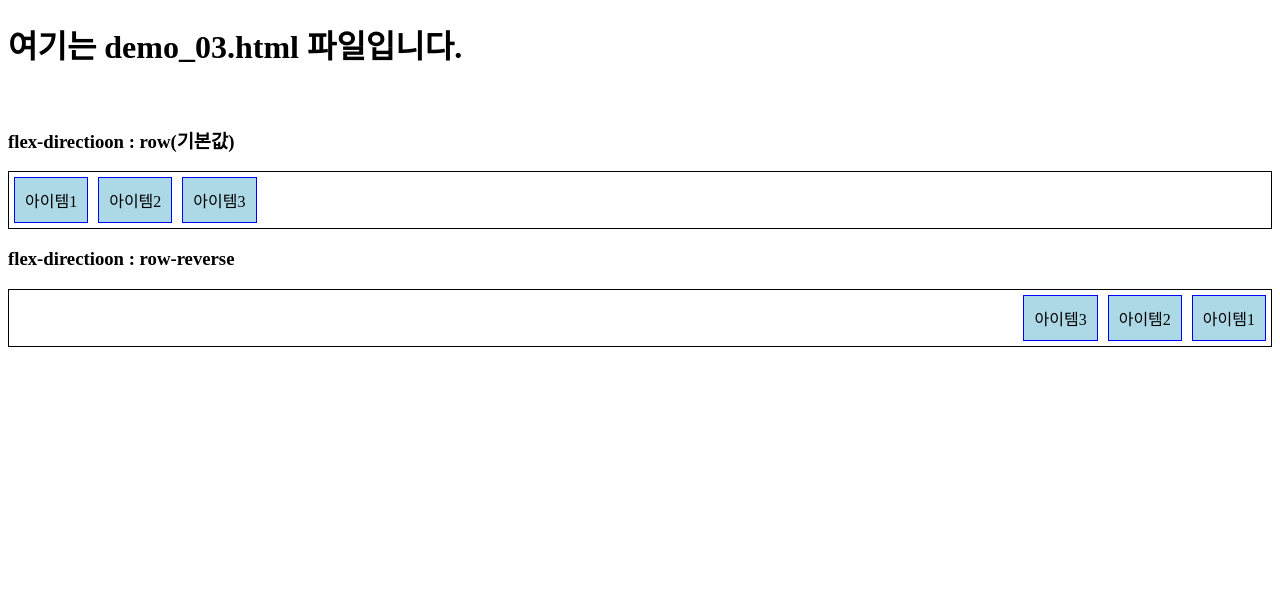
Repository: kimmingyeong225/totalJSP
Page: class_flexbox_011/src/main/webapp/demo_03.html
An editor plug-in stored every save of this project. The page is shown before and after the next save, followed by the edit.
The browser window is 1280 px wide. The pictures show the whole page.

Above is the page before, as saved 2024-07-01 01:04:20.

After the next save:
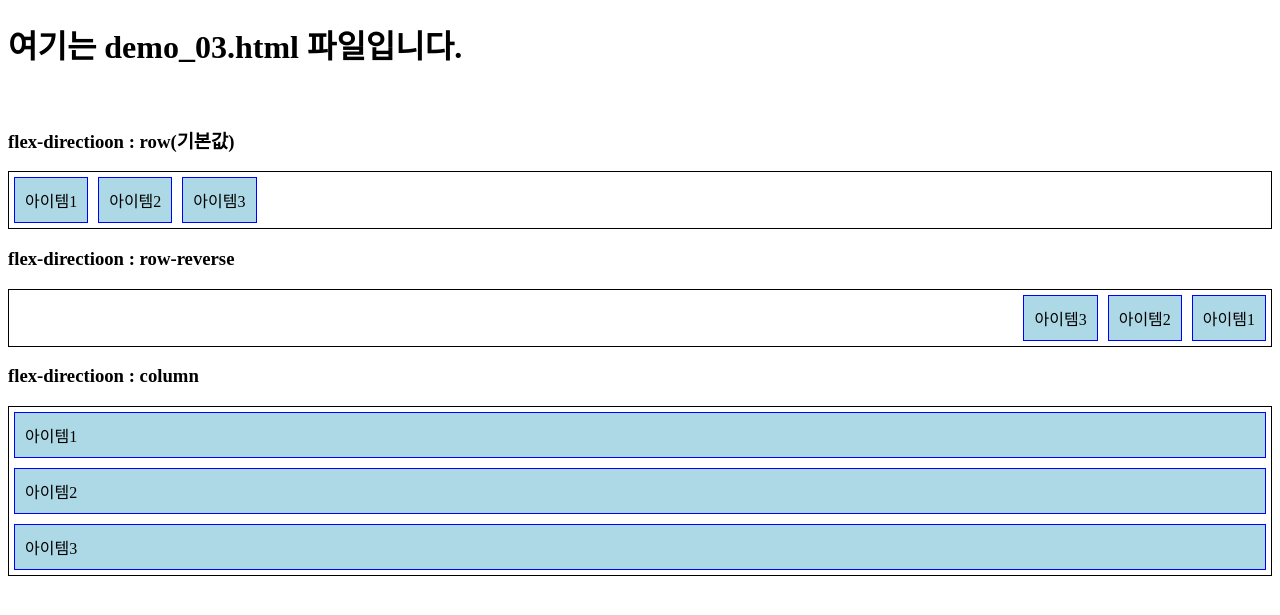
Saved 83 s later.
--- a/class_flexbox_011/src/main/webapp/demo_03.html
+++ b/class_flexbox_011/src/main/webapp/demo_03.html
@@ -33,8 +33,15 @@
     	<div class="item">아이템3</div>
     </div>
 
-        <h3>flex-directioon : row-reverse</h3>
+     <h3>flex-directioon : row-reverse</h3>
     <div class="container" style="flex-direction: row-reverse;">
+    	<div class="item">아이템1</div>
+    	<div class="item">아이템2</div>
+    	<div class="item">아이템3</div>
+    </div>
+
+     <h3>flex-directioon : column</h3>
+    <div class="container" style="flex-direction:column;">
     	<div class="item">아이템1</div>
     	<div class="item">아이템2</div>
     	<div class="item">아이템3</div>
